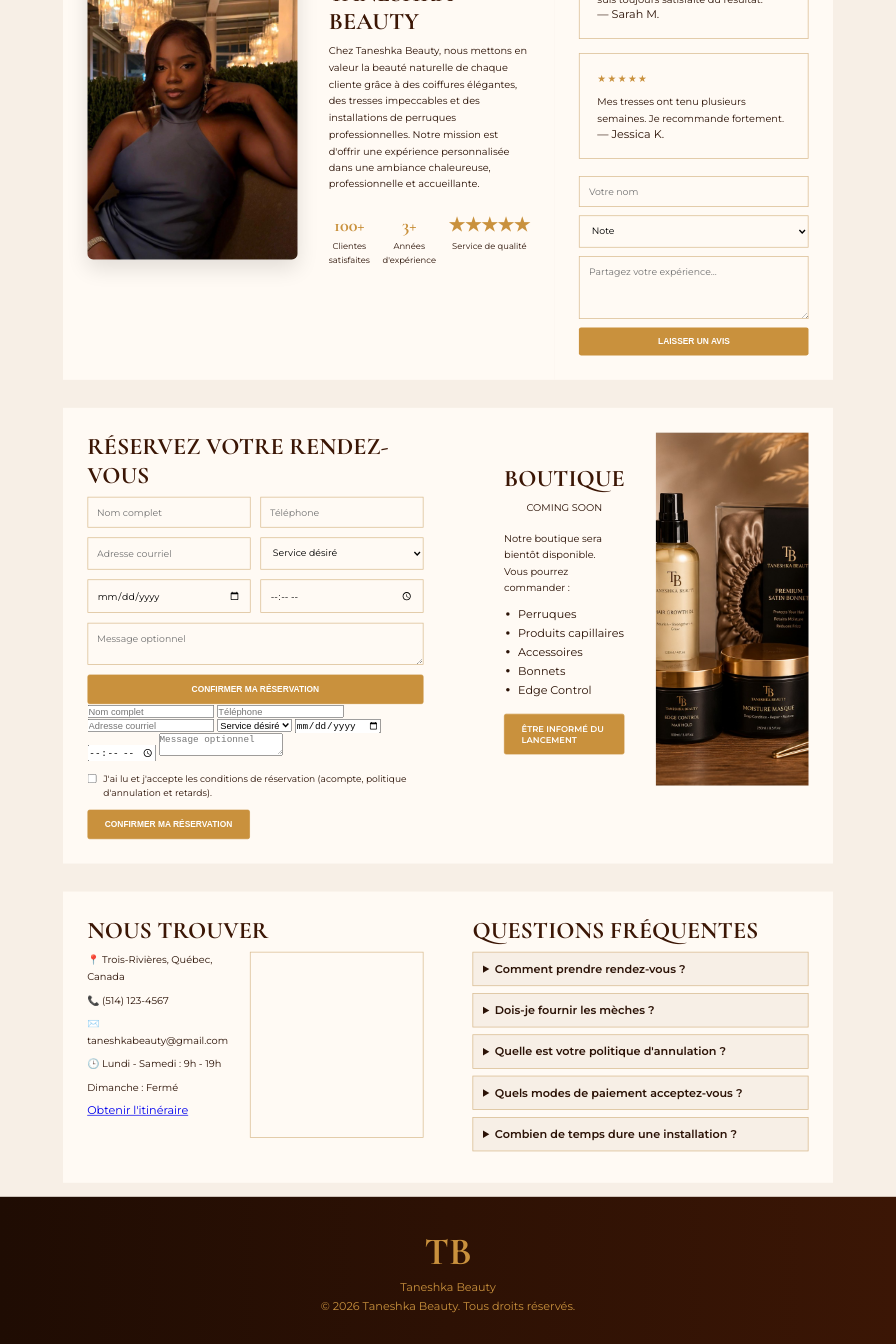
Repository: kngnepi/Taneshka-Beauty-House
Page: index.html
The author's editor kept a copy of each file at every save. The page is drawn from the files as they stood at one save, then again after the next save.
The browser window is 1280 px wide. The pictures show the part of the page from y = 2234 to 4154 px (the page is 4154 px tall before and 4085 px after), at 70% of full size.
Pictures or frames that could not be fetched are drawn as grey boxes.

Above is the page before, as saved 2026-07-05 19:43:48.

### index.html
<!DOCTYPE html>
<html lang="fr">
<head>
  <meta charset="UTF-8" />
  <meta name="viewport" content="width=device-width, initial-scale=1.0" />
  <title>Taneshka Beauty</title>
  <link rel="stylesheet" href="style.css" />
</head>
<body>

  <!-- NAVBAR -->
  <header class="navbar">
    <div class="logo">
      <span>TB</span>
      <p>TANESHKA BEAUTY</p>
    </div>

    <nav>
      <a href="#home">Accueil</a>
      <a href="#services">Services</a>
      <a href="#portfolio">Portfolio</a>
      <a href="#about">À propos</a>
      <a href="#booking">Réservation</a>
      <a href="#products">Boutique</a>
      <a href="#contact">Contact</a>
    </nav>

    <a href="#booking" class="btn-gold">Réserver</a>
  </header>

  <!-- HERO -->
  <section id="home" class="hero">
    <div class="hero-content">
      <h1>TANESHKA<br>BEAUTY</h1>
      <p class="tagline">Élégance • Confiance • Beauté</p>
      <p class="hero-text">
        Spécialiste en perruques, tresses et coiffures protectrices.
      </p>

      <div class="hero-buttons">
        <a href="#booking" class="btn-gold">Réserver un rendez-vous</a>
        <a href="#portfolio" class="btn-outline">Voir nos réalisations</a>
      </div>
    </div>
  </section>

  <!-- SERVICES -->
  <section id="services" class="section">
    <h2>Nos Services</h2>
    <p class="section-subtitle">Des prestations adaptées à votre style et à vos besoins.</p>

    <div class="services-grid">
      <div class="service-card">
        <div class="service-img"></div>
        <div>
          <h3>Perruques</h3>
          <ul>
            <li>Installation</li>
            <li>Retrait</li>
            <li>Revamp</li>
            <li>Customisation</li>
          </ul>
          <p>À partir de 60$</p>
          <a href="#booking" class="btn-dark">Réserver</a>
        </div>
      </div>

      <div class="service-card">
        <div class="service-img"></div>
        <div>
          <h3>Tresses</h3>
          <ul>
            <li>Knotless Braids</li>
            <li>Boho Braids</li>
            <li>Tribal Braids</li>
            <li>Cornrows</li>
          </ul>
          <p>À partir de 80$</p>
          <a href="#booking" class="btn-dark">Réserver</a>
        </div>
      </div>

      <div class="service-card">
        <div class="service-img"></div>
        <div>
          <h3>Coiffures</h3>
          <ul>
            <li>Ponytail</li>
            <li>Wig Styling</li>
            <li>Butterfly Locs</li>
            <li>Twists</li>
          </ul>
          <p>À partir de 50$</p>
          <a href="#booking" class="btn-dark">Réserver</a>
        </div>
      </div>
    </div>
  </section>

  <!-- PORTFOLIO -->
 <section id="portfolio" class="section">
  <h2>Nos Réalisations</h2>

  <div class="portfolio-filters">
    <button class="active" data-filter="all">Tout</button>
    <button data-filter="perruques">Perruques</button>
    <button data-filter="tresses">Tresses</button>
    <button data-filter="ponytails">Ponytails</button>
    <button data-filter="locs">Locs</button>
  </div>

  <div class="portfolio-grid">
    <div class="portfolio-item" data-category="ponytails"></div>
    <div class="portfolio-item" data-category="ponytails"></div>
    <div class="portfolio-item" data-category="perruques"></div>
    <div class="portfolio-item" data-category="perruques"></div>
    <div class="portfolio-item" data-category="perruques"></div>
    <div class="portfolio-item" data-category="perruques"></div>
  </div>
</section>

  <!-- ABOUT + REVIEWS -->
  <!-- ABOUT + REVIEWS -->
<section class="split-section">
  <div id="about" class="about-box">
    <div class="about-img"></div>

    <div class="about-content">
      <h2>À propos de Taneshka Beauty</h2>
      <p>
        Chez Taneshka Beauty, nous mettons en valeur la beauté naturelle de chaque cliente
        grâce à des coiffures élégantes, des tresses impeccables et des installations de
        perruques professionnelles. Notre mission est d'offrir une expérience personnalisée
        dans une ambiance chaleureuse, professionnelle et accueillante.
      </p>

      <div class="about-stats">
        <div>
          <h3>100+</h3>
          <p>Clientes satisfaites</p>
        </div>

        <div>
          <h3>3+</h3>
          <p>Années d'expérience</p>
        </div>

        <div>
          <h3>★★★★★</h3>
          <p>Service de qualité</p>
        </div>
      </div>
    </div>
  </div>

  <div class="reviews-box">
  <h2>Ce que disent nos clientes</h2>

  <div class="reviews-grid" id="reviewsList">
    <div class="review-card">
      <p class="stars">★★★★★</p>
      <p>Très professionnelle et minutieuse. Je suis toujours satisfaite du résultat.</p>
      <span>— Sarah M.</span>
    </div>

    <div class="review-card">
      <p class="stars">★★★★★</p>
      <p>Mes tresses ont tenu plusieurs semaines. Je recommande fortement.</p>
      <span>— Jessica K.</span>
    </div>
  </div>

  <form class="review-form" id="reviewForm">
    <input type="text" id="reviewName" placeholder="Votre nom" required />

    <select id="reviewRating" required>
      <option value="">Note</option>
      <option value="5">★★★★★</option>
      <option value="4">★★★★</option>
      <option value="3">★★★</option>
      <option value="2">★★</option>
      <option value="1">★</option>
    </select>

    <textarea id="reviewText" placeholder="Partagez votre expérience..." required></textarea>

    <button type="submit" class="btn-gold">Laisser un avis</button>
  </form>
</div>
</section>

<!-- BOOKING + PRODUCTS -->
<section class="split-section">
  <div id="booking" class="booking-section">
    <h2>Réservez votre rendez-vous</h2>

    <form
  class="booking-form"
  action="https://formspree.io/f/mjgqljjd"
  method="POST"
>
  <input type="text" name="nom" placeholder="Nom complet" required />

  <input type="tel" name="telephone" placeholder="Téléphone" required />

  <input type="email" name="email" placeholder="Adresse courriel" required />

  <select name="service" required>
    <option value="">Service désiré</option>
    <option value="Perruques">Perruques</option>
    <option value="Tresses">Tresses</option>
    <option value="Coiffures">Coiffures</option>
  </select>

  <input type="date" name="date_souhaitee" required />

  <input type="time" name="heure_souhaitee" required />

  <textarea name="message" placeholder="Message optionnel"></textarea>

  <button type="submit" class="btn-gold">
    Confirmer ma réservation
  </button>
</form>
      <input type="text" placeholder="Nom complet" />
      <input type="tel" placeholder="Téléphone" />
      <input type="email" placeholder="Adresse courriel" />

      <select>
        <option>Service désiré</option>
        <option>Perruques</option>
        <option>Tresses</option>
        <option>Coiffures</option>
      </select>

      <input type="date" />
      <input type="time" />
      <textarea placeholder="Message optionnel"></textarea>

      <label class="terms">
    <input type="checkbox" required>

    J'ai lu et j'accepte les conditions de réservation
    (acompte, politique d'annulation et retards).
</label>

      <button type="submit" class="btn-gold">Confirmer ma réservation</button>
    </form>
  </div>

  <div id="products" class="products-section">
    <div class="products-content">
      <div class="products-text">
        <h2>Boutique</h2>
        <p class="coming-soon">Coming Soon</p>
        <p>Notre boutique sera bientôt disponible.</p>
        <p>Vous pourrez commander :</p>

        <ul>
          <li>Perruques</li>
          <li>Produits capillaires</li>
          <li>Accessoires</li>
          <li>Bonnets</li>
          <li>Edge Control</li>
        </ul>

        <a href="#contact" class="btn-gold">Être informé du lancement</a>
      </div>

      <div class="products-img"></div>
    </div>
  </div>
</section>

<!-- LOCATION + FAQ -->
<section id="contact" class="split-section">
  <div class="location-box">
  <h2>Nous trouver</h2>

  <div class="location-content">
    <div class="location-info">
      <p>📍 Trois-Rivières, Québec, Canada</p>
      <p>📞 (514) 123-4567</p>
      <p>✉️ taneshkabeauty@gmail.com</p>
      <p>🕒 Lundi - Samedi : 9h - 19h</p>
      <p>Dimanche : Fermé</p>

      <a
        href="https://www.google.com/maps/search/?api=1&query=Trois-Rivi%C3%A8res%2C%20Qu%C3%A9bec%2C%20Canada"
        target="_blank"
        class="btn-outline-dark"
      >
        Obtenir l'itinéraire
      </a>
    </div>

    <div class="map-box">
      <iframe
        src="https://www.google.com/maps?q=Trois-Rivi%C3%A8res%2C%20Qu%C3%A9bec%2C%20Canada&output=embed"
        loading="lazy"
        referrerpolicy="no-referrer-when-downgrade">
      </iframe>
    </div>
  </div>
</div>

  <div class="faq-box">
    <h2>Questions fréquentes</h2>

    <details>
      <summary>Comment prendre rendez-vous ?</summary>
      <p>Vous pouvez réserver via le formulaire ou nous contacter sur Instagram.</p>
    </details>

    <details>
      <summary>Dois-je fournir les mèches ?</summary>
      <p>Cela dépend du service choisi. Les détails seront confirmés lors de la réservation.</p>
    </details>

    <details>
      <summary>Quelle est votre politique d'annulation ?</summary>
      <p>Les annulations doivent être faites au moins 48h avant le rendez-vous.</p>
    </details>

    <details>
      <summary>Quels modes de paiement acceptez-vous ?</summary>
      <p>Espèces et virement Interac.</p>
    </details>

    <details>
      <summary>Combien de temps dure une installation ?</summary>
      <p>La durée varie selon le service sélectionné.</p>
    </details>
  </div>
</section>
  <!-- FOOTER -->
  <footer>
    <h2>TB</h2>
    <p>Taneshka Beauty</p>
    <p>© 2026 Taneshka Beauty. Tous droits réservés.</p>
  </footer>

<script>
  const filterButtons = document.querySelectorAll(".portfolio-filters button");
  const portfolioItems = document.querySelectorAll(".portfolio-item");

  filterButtons.forEach(button => {
    button.addEventListener("click", () => {
      const filter = button.dataset.filter;

      filterButtons.forEach(btn => btn.classList.remove("active"));
      button.classList.add("active");

      portfolioItems.forEach(item => {
        if (filter === "all" || item.dataset.category === filter) {
          item.classList.remove("hide");
        } else {
          item.classList.add("hide");
        }
      });
    });
  });
</script>
<script>
  const reviewForm = document.getElementById("reviewForm");
  const reviewsList = document.getElementById("reviewsList");

  let reviews = JSON.parse(localStorage.getItem("taneshkaReviews")) || [];

  function displayReviews() {
    reviews.forEach(review => {
      const reviewCard = document.createElement("div");
      reviewCard.classList.add("review-card");

      reviewCard.innerHTML = `
        <p class="stars">${"★".repeat(review.rating)}</p>
        <p>${review.text}</p>
        <span>— ${review.name}</span>
      `;

      reviewsList.appendChild(reviewCard);
    });
  }

  reviewForm.addEventListener("submit", function (e) {
    e.preventDefault();

    const name = document.getElementById("reviewName").value;
    const rating = document.getElementById("reviewRating").value;
    const text = document.getElementById("reviewText").value;

    const newReview = {
      name: name,
      rating: rating,
      text: text
    };

    reviews.push(newReview);
    localStorage.setItem("taneshkaReviews", JSON.stringify(reviews));

    reviewsList.innerHTML = "";
    displayReviews();

    reviewForm.reset();
  });

  displayReviews();
</script>
</body>
</html>

### style.css
@import url('https://fonts.googleapis.com/css2?family=Cormorant+Garamond:wght@500;600;700&family=Montserrat:wght@300;400;500;600&display=swap');

:root {
  --brown: #3b1605;
  --dark-brown: #1f0c03;
  --gold: #c9913d;
  --cream: #f7efe6;
  --light-cream: #fffaf4;
  --text: #2b1206;
  --border: #d8b98c;
}

* {
  margin: 0;
  padding: 0;
  box-sizing: border-box;
}

body {
  background: var(--cream);
  color: var(--text);
  font-family: "Montserrat", sans-serif;
}

h1, h2, h3 {
  font-family: "Cormorant Garamond", serif;
  text-transform: uppercase;
}

section {
  padding: 55px 7%;
}

.navbar {
  background: rgba(31, 12, 3, 0.95);
  color: white;
  height: 85px;
  padding: 0 7%;
  display: flex;
  align-items: center;
  justify-content: space-between;
}

.logo span {
  color: var(--gold);
  font-family: "Cormorant Garamond", serif;
  font-size: 38px;
  font-weight: 700;
}

.logo p {
  color: var(--gold);
  font-size: 13px;
  letter-spacing: 1px;
}

nav {
  display: flex;
  gap: 30px;
}

nav a {
  color: white;
  text-decoration: none;
  font-size: 13px;
  text-transform: uppercase;
}

.btn-gold,
.btn-outline,
.btn-dark {
  display: inline-block;
  padding: 13px 24px;
  text-decoration: none;
  text-transform: uppercase;
  font-size: 12px;
  font-weight: 600;
  border-radius: 3px;
}

.btn-gold {
  background: var(--gold);
  color: white;
  border: 1px solid var(--gold);
}

.btn-outline {
  border: 1px solid var(--gold);
  color: white;
}

.btn-dark {
  background: var(--brown);
  color: white;
  margin-top: 15px;
}

.hero {
  min-height: 720px;
  background:
    linear-gradient(to right, rgba(20, 7, 2, 0.95) 0%, rgba(20, 7, 2, 0.75) 38%, rgba(20, 7, 2, 0.25) 70%),
    url("images/hero.jpg");
  background-size: cover;
  background-position: center 35%;
  display: flex;
  align-items: center;
}

.hero-content {
  max-width: 620px;
  margin-top: 40px;
}

.hero h1 {
  color: var(--gold);
  font-size: 92px;
  line-height: 0.9;
}

.tagline {
  color: white;
  font-family: "Cormorant Garamond", serif;
  font-size: 28px;
  font-style: italic;
  margin: 20px 0;
}

.hero-text {
  color: white;
  font-size: 18px;
  line-height: 1.6;
}

.hero-buttons {
  display: flex;
  gap: 20px;
  margin-top: 30px;
}

.section {
  text-align: center;
}

.section h2,
.split-section h2 {
  font-size: 34px;
  color: var(--brown);
  margin-bottom: 10px;
}

.section-subtitle {
  margin-bottom: 35px;
  font-size: 14px;
}

.services-grid {
  display: grid;
  grid-template-columns: repeat(3, 1fr);
  gap: 25px;
}

.service-card {
  background: var(--light-cream);
  border: 1px solid var(--border);
  display: grid;
  grid-template-columns: 1fr 1fr;
  text-align: left;
  min-height: 260px;
}

.service-img,
.portfolio-item,
.about-img {
  width: 100%;
  height: 430px;
  background-image: url("images/about.jpg");
  background-size: cover;
  background-position: center top;
  border-radius: 8px;
  box-shadow: 0 12px 30px rgba(0,0,0,.12);
}

.service-card:nth-child(1) .service-img {
  background-image: url("images/service-wig.jpg");
}

.service-card:nth-child(2) .service-img {
  background-image: url("images/service-braids.jpg");
}

.service-card:nth-child(3) .service-img {
  background-image: url("images/service-hair.jpg");
}

.service-card div:last-child {
  padding: 28px;
}

.service-card h3 {
  font-size: 24px;
  margin-bottom: 15px;
}

.service-card li {
  margin-bottom: 8px;
  font-size: 14px;
}

.portfolio-filters {
  display: flex;
  justify-content: center;
  gap: 35px;
  margin: 25px 0;
}

.portfolio-filters button {
  background: transparent;
  border: none;
  text-transform: uppercase;
  cursor: pointer;
}


.portfolio-grid {
  display: grid;
  grid-template-columns: repeat(6, 1fr);
  gap: 18px;
}

.portfolio-item {
  height: 300px;
  border-radius: 8px;
  overflow: hidden;
  background-size: cover;
  background-position: center 25%;
  background-repeat: no-repeat;
}

.portfolio-item:nth-child(2) {
    background-position: center 20%;
}

.portfolio-item:nth-child(2) img {
  object-position: 40% 70%;
}
.portfolio-item img {
  width: 100%;
  height: 100%;
  object-fit: cover;
  object-position: center 25%;
  display: block;
}


.portfolio-item:nth-child(1) {
  background-image: url("images/portfolio-1.jpg");
}

.portfolio-item:nth-child(2) {
  background-image: url("images/portfolio-2.jpg");
}

.portfolio-item:nth-child(3) {
  background-image: url("images/portfolio-3.jpg");
}

.portfolio-item:nth-child(4) {
  background-image: url("images/portfolio-4.jpg");
}

.portfolio-item:nth-child(5) {
  background-image: url("images/portfolio-5.jpg");
}

.portfolio-item:nth-child(6) {
  background-image: url("images/portfolio-6.jpg");
}

.split-section {
  padding: 20px 7%;
  display: grid;
  grid-template-columns: 1fr 1fr;
  gap: 0;
}

.about-box,
.reviews-box,
.location-box,
.faq-box,
.booking-section,
.products-section {
  background: var(--light-cream);
  border: 1px solid var(--border);
  padding: 35px;
}

.about-box {
  display: grid;
  grid-template-columns: 300px 1fr;
  gap: 45px;
  align-items: center;
  background: var(--light-cream);
  padding: 45px;
}

.about-img {
  min-height: 280px;
  background-image: url("images/about.jpg");
}

.about-box p,
.review-card p,
.location-box p,
.products-section p,
.faq-box p {
  font-size: 14px;
  line-height: 1.7;
}

.reviews-box {
  text-align: center;
}

.review-card {
  border: 1px solid var(--border);
  padding: 25px;
  margin-top: 20px;
  text-align: left;
}

.stars {
    color: var(--gold);
    font-size: 20px;
    letter-spacing: 2px;
    margin-bottom: 8px;
}
.booking-form {
  max-width: 850px;
  margin: auto;
  display: grid;
  grid-template-columns: 1fr 1fr;
  gap: 14px;
}

.booking-form input,
.booking-form select,
.booking-form textarea {
  padding: 13px;
  border: 1px solid var(--border);
  background: var(--light-cream);
  font-family: "Montserrat", sans-serif;
}

.booking-form textarea,
.booking-form button {
  grid-column: span 2;
}

.products-section {
  text-align: center;
}

.products-section h2 {
  color: var(--brown);
}

.location-box {
  text-align: left;
}

.faq-box details {
  border: 1px solid var(--border);
  margin-bottom: 10px;
  padding: 14px;
  background: var(--cream);
}

.faq-box summary {
  cursor: pointer;
  font-weight: 600;
}

footer {
  background: linear-gradient(to right, var(--dark-brown), var(--brown));
  color: white;
  text-align: center;
  padding: 45px 7%;
}

footer h2 {
  color: var(--gold);
  font-size: 55px;
}

footer p {
  color: var(--gold);
  margin-top: 8px;
}

@media (max-width: 900px) {
  .navbar {
    height: auto;
    flex-direction: column;
    padding: 20px;
    gap: 20px;
  }

  nav {
    flex-wrap: wrap;
    justify-content: center;
  }

  .hero h1 {
    font-size: 55px;
  }

  .services-grid,
  .split-section {
    grid-template-columns: 1fr;
  }

  .service-card,
  .about-box {
    grid-template-columns: 1fr;
  }

  .portfolio-grid {
    grid-template-columns: repeat(2, 1fr);
  }

  .booking-form {
    grid-template-columns: 1fr;
  }

  .booking-form textarea,
  .booking-form button {
    grid-column: span 1;
  }
}

.about-content {
  display: flex;
  flex-direction: column;
  justify-content: center;
}

.about-stats {
  display: grid;
  grid-template-columns: repeat(3, 1fr);
  gap: 18px;
  margin-top: 30px;
  text-align: center;
}

.about-stats h3 {
  color: var(--gold);
  font-size: 26px;
  margin-bottom: 5px;
}

.about-stats p {
  font-size: 12px;
}

.products-section {
  padding: 0;
  text-align: left;
}

.products-content {
  display: grid;
  grid-template-columns: 1fr 1fr;
  min-height: 320px;
}

.products-text {
  padding: 45px;
}

.products-text h2 {
  text-align: center;
}

.coming-soon {
  text-align: center;
  text-transform: uppercase;
  font-size: 13px;
  margin-bottom: 20px;
}

.products-text ul {
  margin: 15px 0 25px 20px;
}

.products-text li {
  margin-bottom: 8px;
}

.products-img {
  background-image: url("images/products.jpg");
  background-size: cover;
  background-position: center;
  min-height: 320px;
}

@media (max-width: 900px) {
  .about-stats {
    grid-template-columns: 1fr;
  }

  .products-content {
    grid-template-columns: 1fr;
  }
}

.about-box,
.reviews-box,
.location-box,
.faq-box,
.booking-section,
.products-section {
    background: var(--light-cream);
    border: none;
    padding: 35px;
}
.location-content {
  display: grid;
  grid-template-columns: 1fr 1.2fr;
  gap: 25px;
  align-items: stretch;
}

.location-info p {
  margin-bottom: 10px;
}

.map-box {
  width: 100%;
  min-height: 260px;
  border: 1px solid var(--border);
  overflow: hidden;
}

.map-box iframe {
  width: 100%;
  height: 100%;
  min-height: 260px;
  border: none;
}

@media (max-width: 900px) {
  .location-content {
    grid-template-columns: 1fr;
  }
}

.portfolio-filters button.active {
  background: var(--brown);
  color: white;
  padding: 8px 35px;
}

.portfolio-item.hide {
  display: none;
}
.review-form {
  margin-top: 25px;
  display: grid;
  gap: 12px;
}

.review-form input,
.review-form select,
.review-form textarea {
  padding: 13px;
  border: 1px solid var(--border);
  background: var(--light-cream);
  font-family: "Montserrat", sans-serif;
}

.review-form textarea {
  min-height: 90px;
  resize: vertical;
}

.review-form button {
  border: none;
  cursor: pointer;
}

.terms {
    display: flex;
    align-items: flex-start;
    gap: 10px;
    margin: 15px 0;
    font-size: 13px;
    line-height: 1.5;
    text-align: left;
    color: var(--text);
}

.terms input[type="checkbox"] {
    margin-top: 3px;
    accent-color: var(--gold);
    cursor: pointer;
}

After the next save:
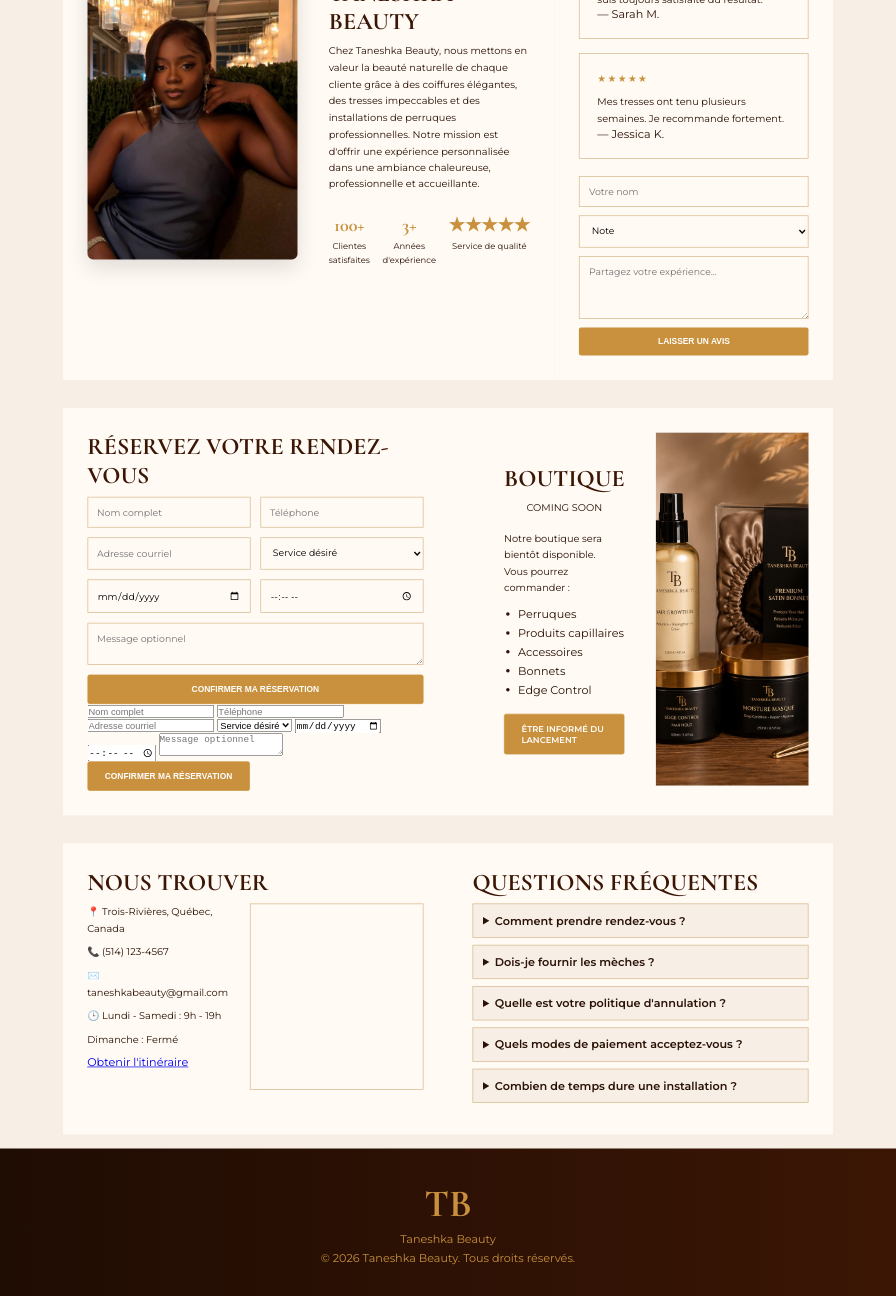
Saved 58 s later.
--- a/index.html
+++ b/index.html
@@ -237,12 +237,6 @@
       <input type="time" />
       <textarea placeholder="Message optionnel"></textarea>
 
-      <label class="terms">
-    <input type="checkbox" required>
-
-    J'ai lu et j'accepte les conditions de réservation
-    (acompte, politique d'annulation et retards).
-</label>
 
       <button type="submit" class="btn-gold">Confirmer ma réservation</button>
     </form>
